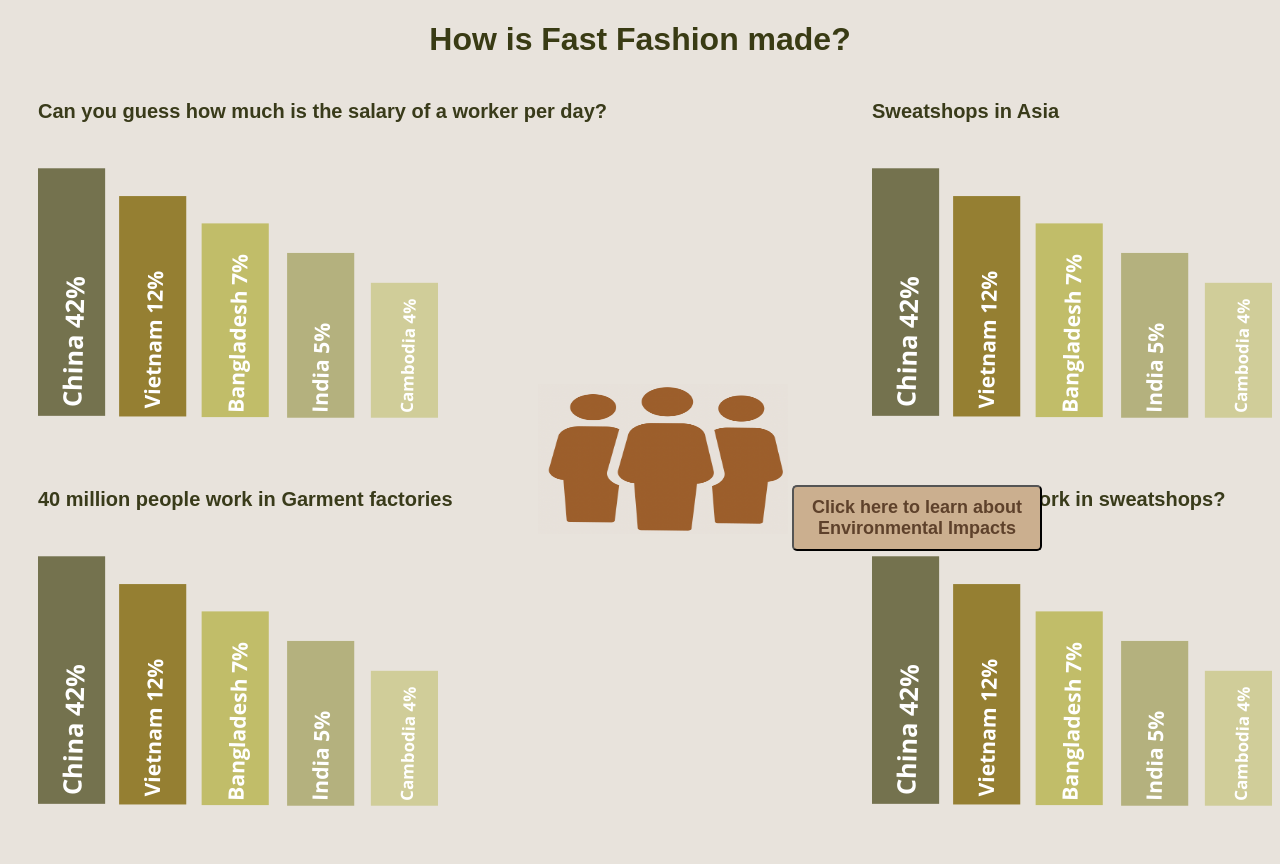
Repository: DevOfHockey/mdia-2190-midterm
Page: fashionlabor.html
These files come from the project's save history. The page is drawn as it stood at one moment and after the next save; the edit follows.
The browser window is 1280 px wide. The pictures show the whole page.

Above is the page before, as saved 2022-03-04 09:48:52.
Console error: TypeError: Cannot set properties of null (setting 'src')

After the next save:
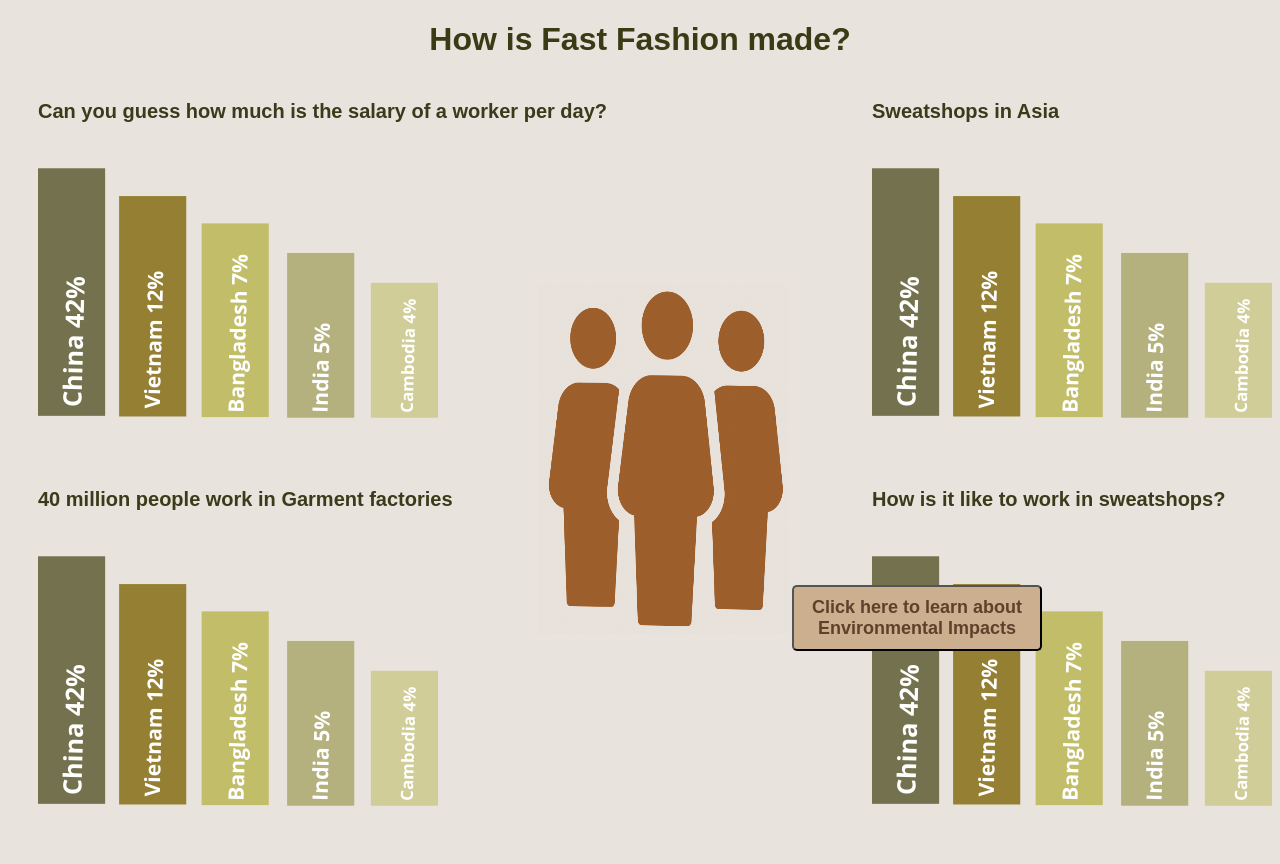
Saved 7 s later.
--- a/fashionlabor.html
+++ b/fashionlabor.html
@@ -34,7 +34,7 @@
       </div>
 
       <div class="environment">
-        <img src="/imgs/human.png" width="250" height="150">
+        <img src="/imgs/human.png" width="250" height="350">
         <button>Click here to learn about Environmental Impacts</button>
       </div>
 
